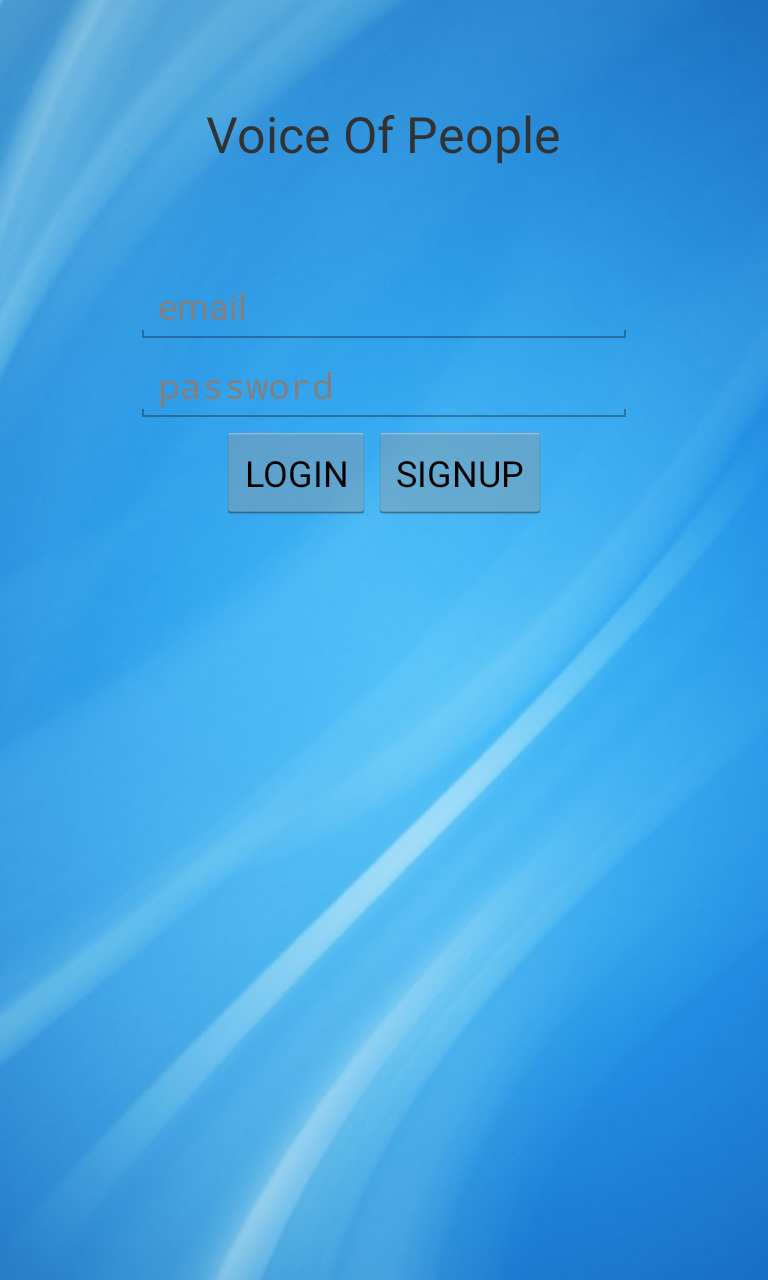
Repository: elvispap/The_Voice_of_People_Android_app
Layout: Voice of People/res/layout/login.xml
An editor plug-in stored every save of this project. The layout is shown before and after the next save, followed by the edit.
It is drawn on a 768 x 1280 px phone screen (xhdpi) without system bars, with theme AppTheme; the app's code is not run.

Above is the layout before, as saved 2014-01-02 16:34:58.

### Voice of People/res/layout/login.xml
<?xml version="1.0" encoding="utf-8"?>
<LinearLayout xmlns:android="http://schemas.android.com/apk/res/android"
    android:layout_width="fill_parent"
	android:layout_height="fill_parent"
	android:orientation="vertical"
	android:background="@drawable/login_background"
    >

	<LinearLayout
	    android:layout_width="250dp"
	    android:layout_height="wrap_content"
	    android:orientation="vertical"
	    android:layout_gravity="center_horizontal"
	    android:layout_marginTop="50dp">

	    <TextView
	        android:layout_width="wrap_content"
	        android:layout_height="wrap_content"
	        android:layout_gravity="center_horizontal"
	        android:text="Voice Of People"
	        android:textSize="25dp"
	        android:layout_marginBottom="50dp"/>

	    <EditText
	        android:id="@+id/email"
	        android:layout_width="match_parent"
	        android:layout_height="wrap_content"
	        android:ems="10"
	        android:hint="email"
	        android:inputType="textEmailAddress" />

	    <EditText
	        android:id="@+id/password"
	        android:layout_width="match_parent"
	        android:layout_height="wrap_content"
	        android:ems="10"
	        android:hint="password"
	        android:inputType="textPassword" />

	    <LinearLayout
	    	    android:orientation="horizontal"
	    	    android:layout_width="wrap_content"
	       	    android:layout_height="wrap_content"
	    	    android:layout_gravity="center">
	    	 <Button
		        android:id="@+id/login_button"
		        android:layout_width="wrap_content"
		        android:layout_height="wrap_content"
		        android:text="LOGIN" />

		    <Button
		        android:id="@+id/signup_button"
		        android:layout_width="wrap_content"
		        android:layout_height="wrap_content"
		        android:text="SIGNUP" />
	    </LinearLayout>


	</LinearLayout>
</LinearLayout>

Loaded but not shown: Voice of People/res/values/styles.xml (common file); Voice of People/res/values-v11/styles.xml (common file); Voice of People/res/values-v14/styles.xml (common file)

After the next save:
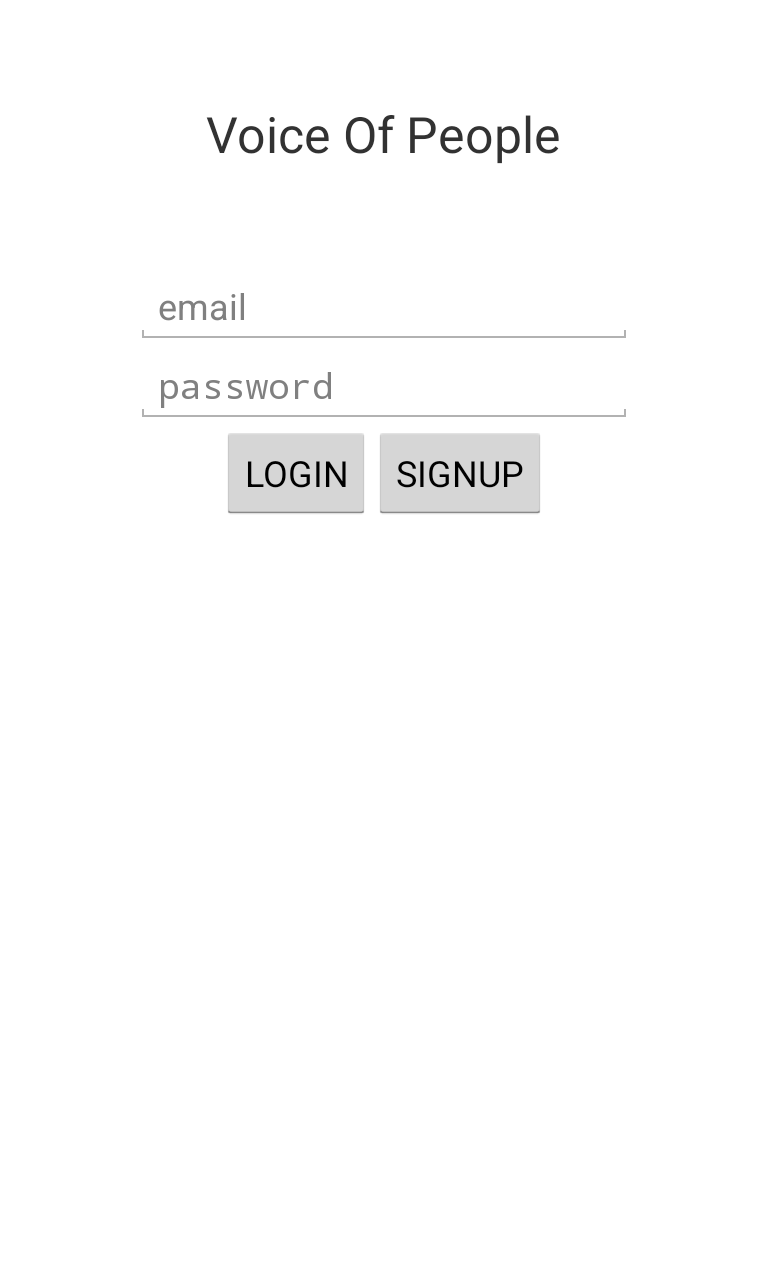
Saved 20 min 30 s later.
--- a/Voice of People/res/layout/login.xml
+++ b/Voice of People/res/layout/login.xml
@@ -3,7 +3,6 @@
     android:layout_width="fill_parent"
 	android:layout_height="fill_parent"
 	android:orientation="vertical"
-	android:background="@drawable/login_background"
     >
 
 	<LinearLayout
